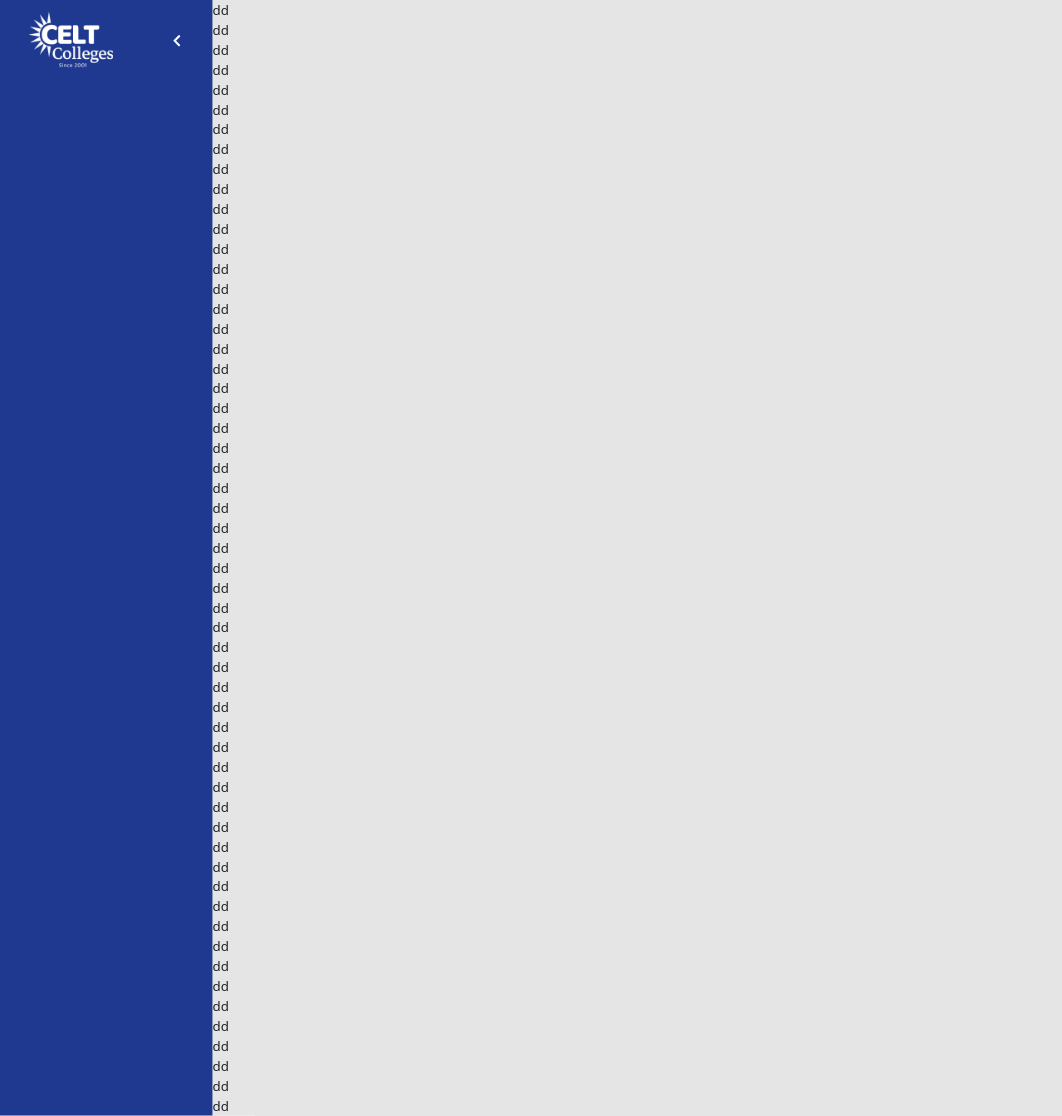
Repository: aydinws/celtapp
Page: /
The author's editor kept a copy of each file at every save. The page is drawn from the files as they stood at one save, then again after the next save.
The browser window is 1280 px wide. The pictures show the whole page, at 83% of full size.
The project was rebuilt for these pictures with package versions that can differ from the ones it lists, and the page was loaded fresh each time.

Above is the page before, as saved 2021-06-07 21:13:28.

### src/App.js
import React from 'react';

// files
import './assets/css/app.scss';

// pages
import Dashboard from './pages/Dashboard';

// npm modules
import 'bootstrap/dist/css/bootstrap.css';
import { BrowserRouter as Router, Switch, Route } from "react-router-dom";


function App() {
  return (
    <Router>
      <Switch>
        <Route path="/" exact component={Dashboard} />
      </Switch>
    </Router>
  );
}

export default App;

### src/assets/css/app.scss
@import 'code';

body {
    height: 100vh;
}

.app {
    height: 100%;
    display: flex;

    .content {
        flex: 1;
        background-color: $bgColor;
    }
}

### src/pages/Dashboard/index.js
import React from 'react';

// components
import Sidebar from '../../components/SideBar';

function Dashboard() {
    return (
        <div className="app">
            <Sidebar />

            <div className="content">
                dd <br />
                dd <br />
                dd <br />
                dd <br />
                dd <br />
                dd <br />
                dd <br />
                dd <br />
                dd <br />
                dd <br />
                dd <br />
                dd <br />
                dd <br />
                dd <br />
                dd <br />
                dd <br />
                dd <br />
                dd <br />
                dd <br />
                dd <br />
                dd <br />
                dd <br />
                dd <br />
                dd <br />
                dd <br />
                dd <br />
                dd <br />
                dd <br />
                dd <br />
                dd <br />
                dd <br />
                dd <br />
                dd <br />
                dd <br />
                dd <br />
                dd <br />
                dd <br />
                dd <br />
                dd <br />
                dd <br />
                dd <br />
                dd <br />
                dd <br />
                dd <br />
                dd <br />
                dd <br />
                dd <br />
                dd <br />
                dd <br />
                dd <br />
                dd <br />
                dd <br />
                dd <br />
                dd <br />
                dd <br />
                dd <br />
            </div>
        </div>
    );
}

export default Dashboard;

### src/assets/css/code.scss
* {
    padding: 0;
    margin: 0;
}

$bgColor: #E5E5E5;
$mainBlue: #1E398F;

### src/components/SideBar/index.js
import React from 'react';
import './index.scss';

// icons
import { FaChevronLeft } from "react-icons/fa";

// images
import Logo from '../../assets/images/logo.png';

function Sidebar() {
    return (
        <div className="side-bar">
            <div className="side-bar-content">
                <div className="side-bar-content-header">
                    <img src={Logo} alt="Logo" />
                    <FaChevronLeft />
                </div>
            </div>
        </div>
    );
}

export default Sidebar;

### src/components/SideBar/index.scss
@import '../../assets/css/code.scss';

.side-bar {
    width: 256px;
    background-color: $mainBlue;
    position: relative;

    .side-bar-content {
        width: 256px;
        position: fixed;
    }

    .side-bar-content-header {
        display: flex;
        justify-content: space-between;
        padding: 14px 35px;
        align-items: center;

        svg {
            fill: #FFFFFF;
        }
    }

    .side-bar-content-body {
        svg {
            fill: #757ECB;
        }
    }
}

Loaded but not shown: public/index.html (common file); src/index.js (common file)

After the next save:
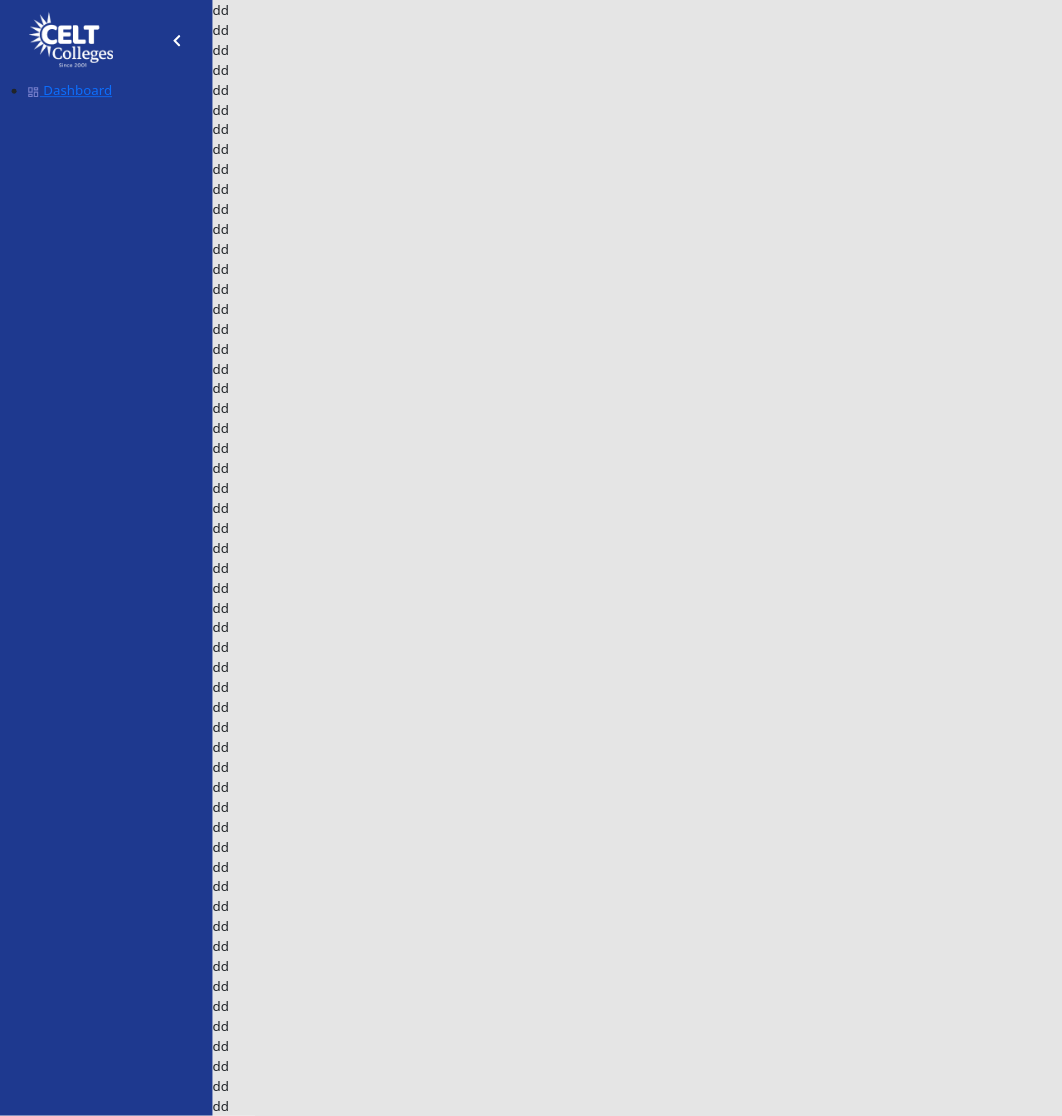
Saved 15 s later.
--- a/src/components/SideBar/index.js
+++ b/src/components/SideBar/index.js
@@ -3,6 +3,7 @@
 
 // icons
 import { FaChevronLeft } from "react-icons/fa";
+import { RiDashboardLine } from "react-icons/ri";
 
 // images
 import Logo from '../../assets/images/logo.png';
@@ -15,6 +16,11 @@
                     <img src={Logo} alt="Logo" />
                     <FaChevronLeft />
                 </div>
+                <div className="side-bar-content-body">
+                    <ul>
+                        <li><a href=""> <RiDashboardLine /> Dashboard</a></li>
+                    </ul>
+                </div>
             </div>
         </div>
     );
